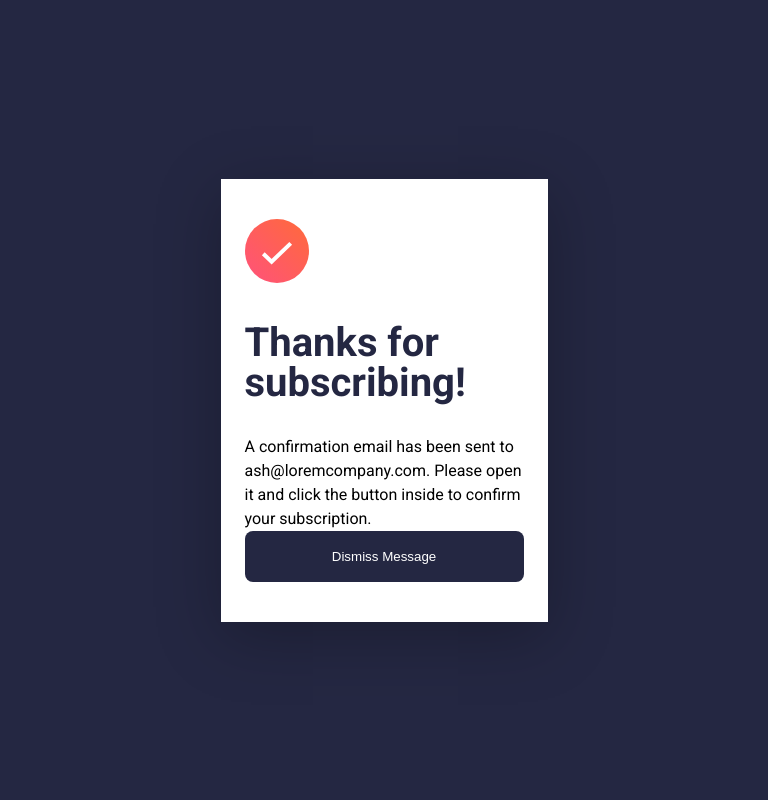
Repository: brandontaylor1/newsletter-signup
Page: success.html
An editor plug-in stored every save of this project. The page is shown before and after the next save, followed by the edit.
The browser window is 768 px wide. The pictures show the whole page.

Above is the page before, as saved 2025-01-20 10:49:35.

### success.html
<!DOCTYPE html>
<html lang="en">
<head>
    <meta charset="UTF-8">
    <meta name="viewport" content="width=device-width, initial-scale=1.0">
    <link rel="preconnect" href="https://fonts.googleapis.com">
    <link rel="preconnect" href="https://fonts.gstatic.com" crossorigin>
    <link href="https://fonts.googleapis.com/css2?family=Roboto:ital,wght@0,100..900;1,100..900&display=swap" rel="stylesheet">
    <link rel="stylesheet" href="success.css">
    <title>Success | Newsletter Sign Up</title>
</head>
<body>
    <main class="container">
        <div class="success-card">
            <div class="success-card-text">
                <img src="./assets/images/icon-success.svg" alt="success icon">
                <h1>Thanks for subscribing!</h1>
                <p>A confirmation email has been sent to <span>ash@loremcompany.com</span>. Please open it and click the button inside to confirm your subscription.</p>
            </div>
            <button id="dismiss-btn">Dismiss Message</button>
        </div>
    </main>


    <script src="success.js"></script>
</body>
</html>

### success.css
* {
    margin: 0;
    padding: 0;
    box-sizing: border-box;
}

:root {
    /* COLORS */

    --primary-color-tomato: hsl(4, 100%, 67%);
    --neutral-color-white: hsl(0, 0%, 100%);
    --neutral-color-darkGray: hsl(234, 29%, 20%);
    --neutral-color-charcoalGray: hsl(235, 18%, 26%);
    --neutral-color-gray: hsl(231, 7%, 60%);

    /* FONTS */
    --fontWeight-regular: 400;
    --fontWeight-heavy: 700;
}

body {
    font-family: "Roboto", sans-serif;
    font-size: 16px;
    line-height: 1.5;
}

.container {
    display: flex;
    justify-content: center;
    align-items: center;
    height: 100vh;
    background-color: var(--neutral-color-darkGray);
}

.success-card {
    width: 504px;
    height: 520px;
    background-color: var(--neutral-color-white);
    border-radius: 36px;
    box-shadow: 0px 15px 60px 0px rgba(0, 0, 0, 0.25);
    padding: 64px 64px;
    display: flex;
    flex-direction: column;
    justify-content: space-between;
    align-items: left;

}

.success-card-text {
    display: flex;
    flex-direction: column;
    justify-content: space-around;
}

.success-card-text h1 {
    color: var(--neutral-color-darkGray);
    /* Heading */
    font-family: Roboto;
    font-size: 56px;
    font-style: normal;
    font-weight: 700;
    line-height: 100%; /* 56px */
    margin-bottom: 20px;
}

.success-card img {
    width: 64px;
    height: 64px;
    margin-bottom: 40px;
}

button {
    width: 100%;
    padding: 18px 0;
    text-align: center;
    border: none;
    cursor: pointer;
    border-radius: 8px;
    background: var(--Dark-Navy, #242742);
    color: white;
    transition: all 0.3s ease;
}

button:hover {
    background: var(--Gradient-1, linear-gradient(204deg, #FF6A3A 0%, #FF527B 100%));
    box-shadow: 0px 16px 32px 0px rgba(255, 97, 85, 0.50);
}


/* Responsive */

@media screen and (max-width: 800px) {

    .container {
        display: flex;
        flex-direction: column;
        align-items: center;
        justify-content: center;
    }

    .success-card {
        width: 327px;
        height: auto;
        padding: 40px 24px;
        border-radius: 0px;
        display: flex;
        flex-direction: column;
        justify-content: space-between;
        align-items: center;
        position: relative;
    }

    .success-card h1 {
        width: 100%;
        color: var(--Dark-Navy, #242742);
        font-family: Roboto;
        font-size: 40px;
        font-style: normal;
        font-weight: 700;
        line-height: 100%;
        padding-bottom: 12px;
    }

    .success-card img {
        width: 64px;
        height: 64px;
        margin-bottom: 40px;
    }

}

### success.js
const dismissBtn = document.querySelector('#dismiss-btn');

dismissBtn.addEventListener('click', () => {
    window.location.href = 'index.html';
})

After the next save:
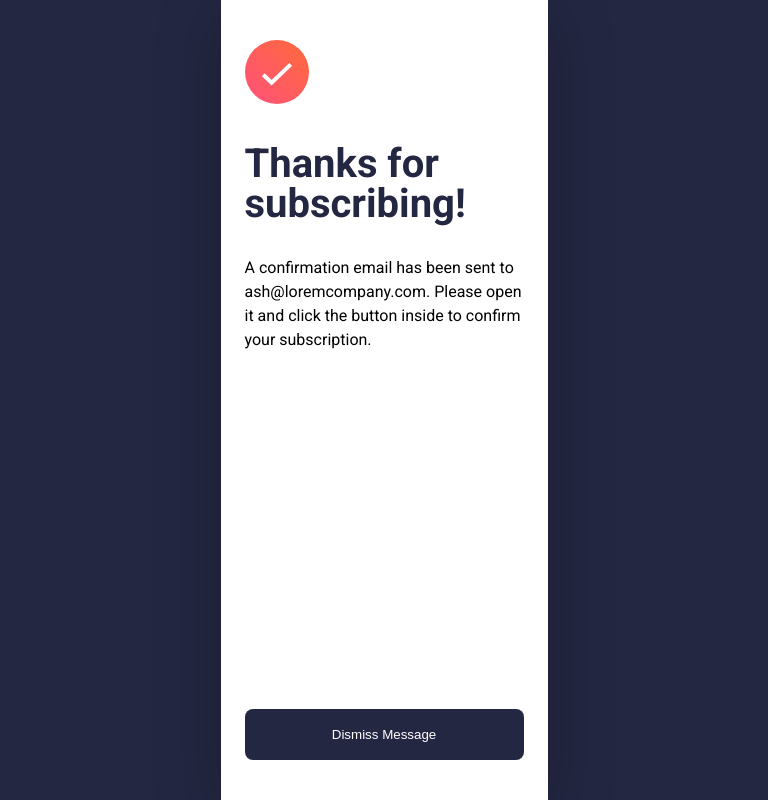
Saved 39 s later.
--- a/success.css
+++ b/success.css
@@ -100,7 +100,7 @@ button:hover {
 
     .success-card {
         width: 327px;
-        height: auto;
+        height: 842px;
         padding: 40px 24px;
         border-radius: 0px;
         display: flex;
